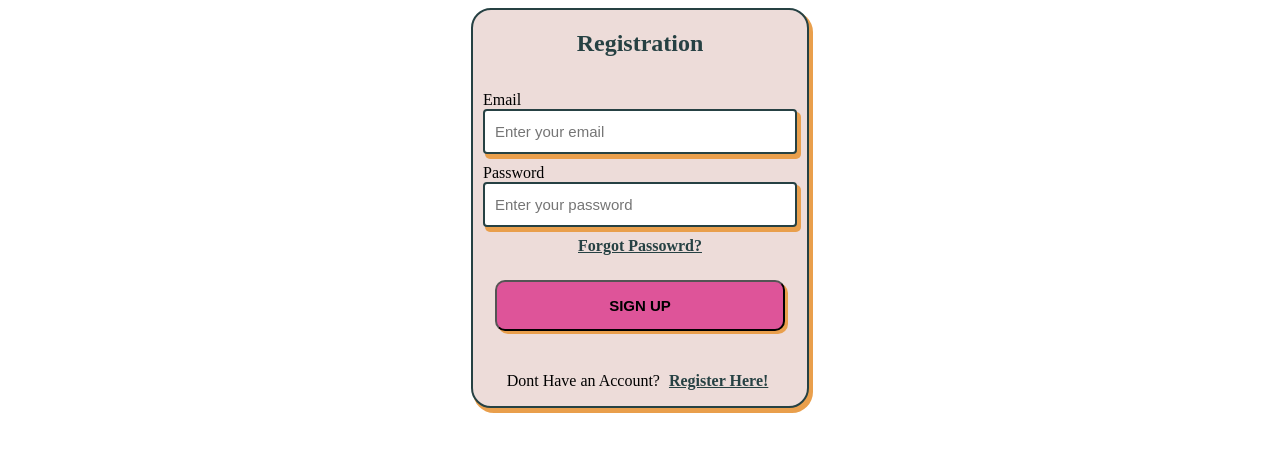
Repository: PeruriNaresh/Bank_Project
Page: http://localhost/bank_project/
An editor plug-in stored every save of this project. The page is shown before and after the next save, followed by the edit.
The browser window is 1280 px wide. The pictures show the whole page.
The page is served by Tomcat 9.

Above is the page before, as saved 2024-10-24 12:51:14.

After the next save:
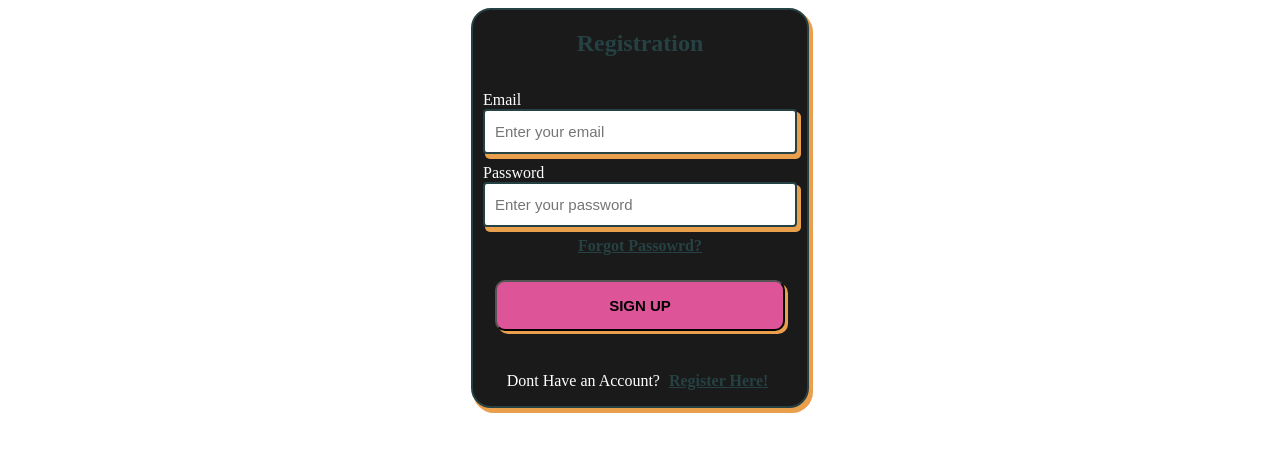
Saved 6 min 5 s later.
--- a/bank_project/src/main/webapp/index.jsp
+++ b/bank_project/src/main/webapp/index.jsp
@@ -21,11 +21,13 @@
   justify-content: center;
   align-items: center;
   flex-direction: column;
-  background-color: #EDDCD9;
   height: auto;
   width: auto;
   border: 2px solid #264143;
   border-radius: 20px;
+
+  background-color: #1a1a1a;
+  color: #fff;
   box-shadow: 3px 4px 0px 1px #E99F4C;
 }
 
